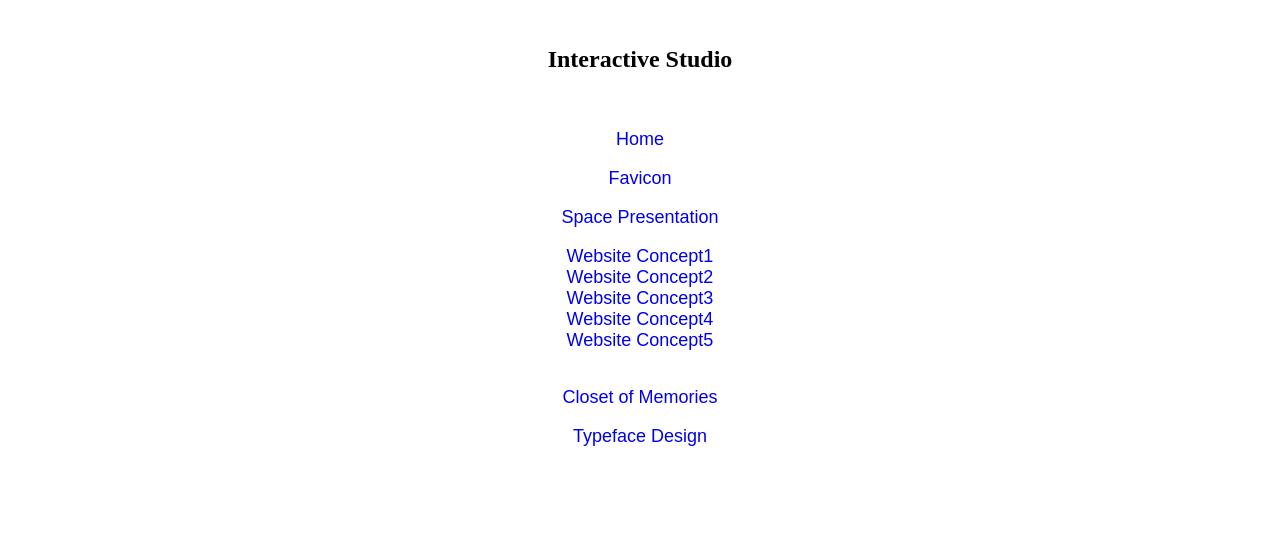
Repository: parkh899/parkh899.github.io
Page: studio/index.html
The author's editor kept a record of every edit. The page is drawn from the files as they stood at one moment, then again after the next edit.
The browser window is 1280 px wide. The pictures show the whole page.

Above is the page before.

### studio/index.html
<html>
    <head>
    <style>
    a:link {
        text-decoration: none;
    	font-family: vrinda, arial, "Times New Roman", Times, serif;
    	font-size: 18px;
    }

    a:visited {
        text-decoration: none;
    }

    a:hover {
        text-decoration: underline;
    }

    a:active {
        text-decoration: underline;
    }
    </style>
    <link rel="icon" href="../favicon.jpg" sizes="16x16 32x32" type="image/jpg">
    </head>

    <body>
        <center>
            <br/>
            <h2>Interactive Studio</h2>
            <br/><br/>

            <a href= "../index.html">Home</a><br/><br/>
            <a href= "favicon.html">Favicon</a><br/><br/>
            <a href= "space/space.pdf">Space Presentation</a><br/><br/>
            <a href= "space/concept1.pdf">Website Concept1</a><br/>
            <a href= "space/concept2.pdf">Website Concept2</a><br/>
            <a href= "space/concept3.pdf">Website Concept3</a><br/>
            <a href= "space/concept4.pdf">Website Concept4</a><br/>
            <a href= "space/concept5.pdf">Website Concept5</a><br/><br/><br/>
            <a href= "space/caart.html">Closet of Memories</a><br/><br/>
            <a href= "typeface/typeface.pdf">Typeface Design</a>
        </center>
    </body>
</html>

After the next edit:
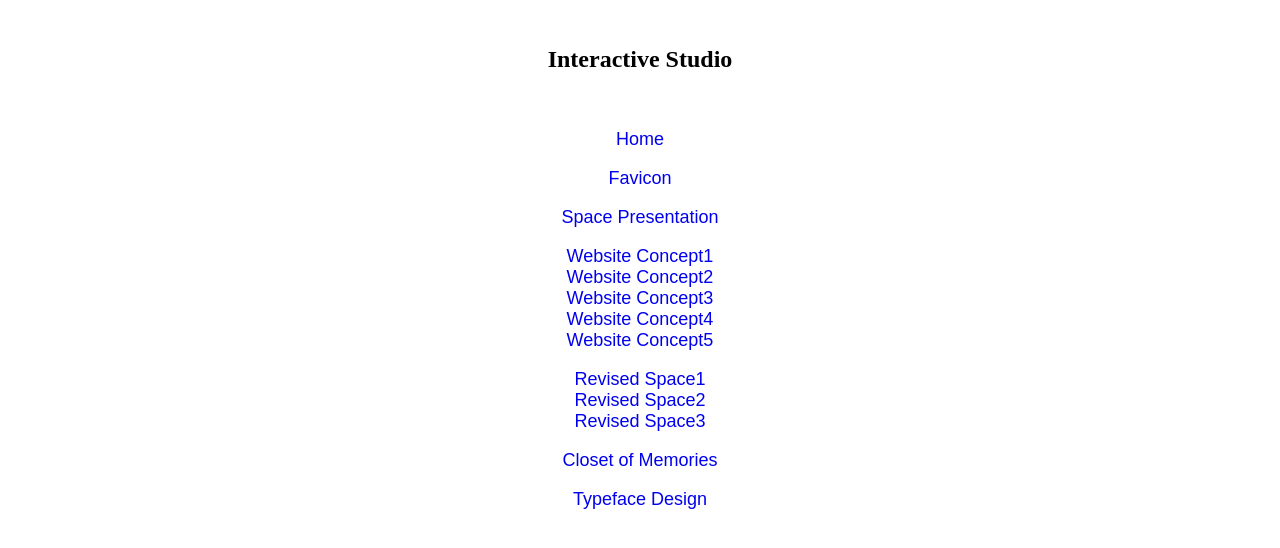
The edit:
--- a/studio/index.html
+++ b/studio/index.html
@@ -35,7 +35,10 @@
             <a href= "space/concept2.pdf">Website Concept2</a><br/>
             <a href= "space/concept3.pdf">Website Concept3</a><br/>
             <a href= "space/concept4.pdf">Website Concept4</a><br/>
-            <a href= "space/concept5.pdf">Website Concept5</a><br/><br/><br/>
+            <a href= "space/concept5.pdf">Website Concept5</a><br/><br/>
+            <a href= "space/concept1rev.pdf">Revised Space1</a><br/>
+            <a href= "space/concept2rev.pdf">Revised Space2</a><br/>
+            <a href= "space/concept3rev.pdf">Revised Space3</a><br/><br/>
             <a href= "space/caart.html">Closet of Memories</a><br/><br/>
             <a href= "typeface/typeface.pdf">Typeface Design</a>
         </center>
